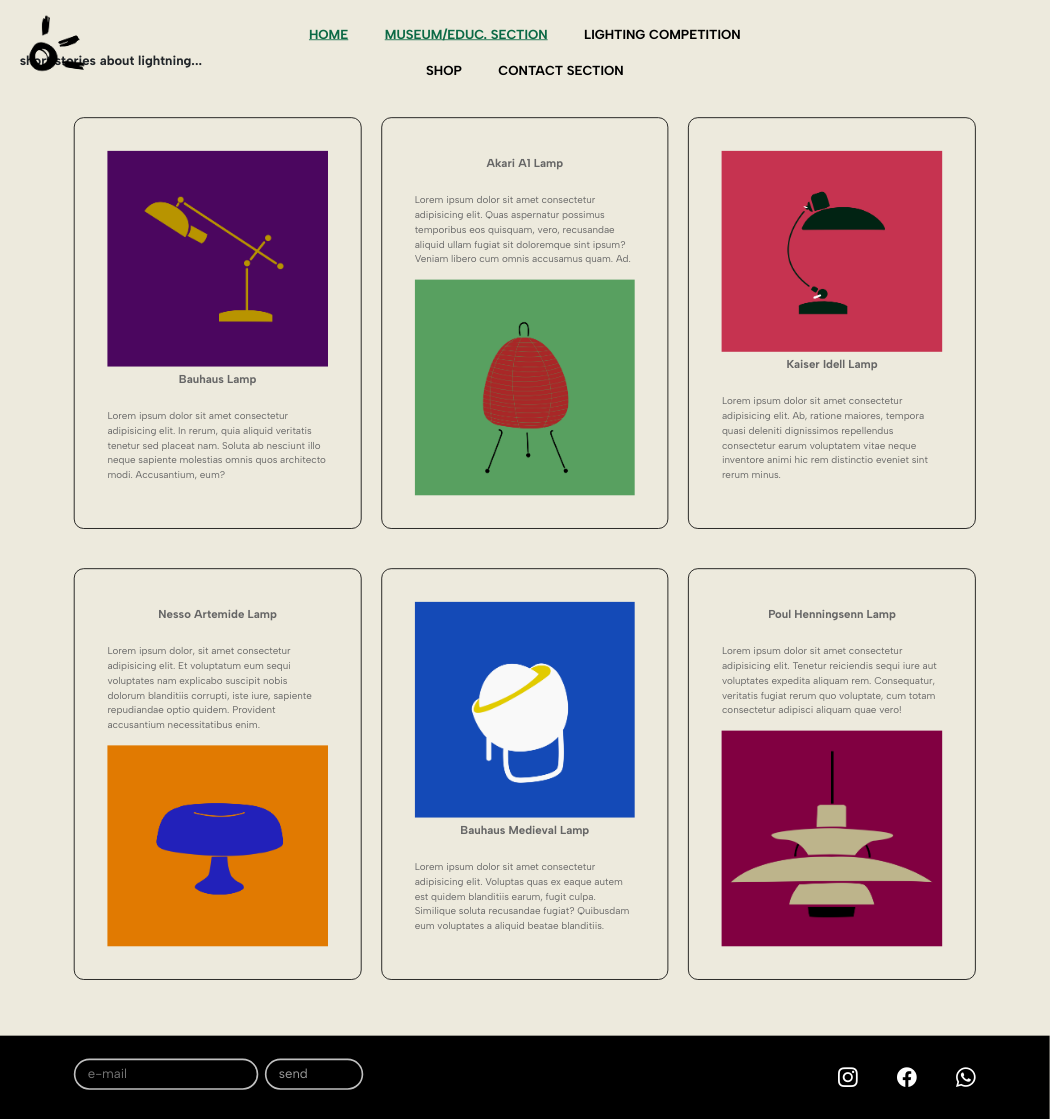
Repository: veronicamdiaz/Landing-Page-Practices
Page: museum-educational-section.html
The author's editor kept a copy of each file at every save. The page is drawn from the files as they stood at one save, then again after a run of saves.
The browser window is 1280 px wide. The pictures show the whole page, at 82% of full size.

Above is the page before, as saved 2025-05-14 23:33:46.
Console error: TypeError: Cannot read properties of null (reading 'addEventListener')

After the next 2 saves:
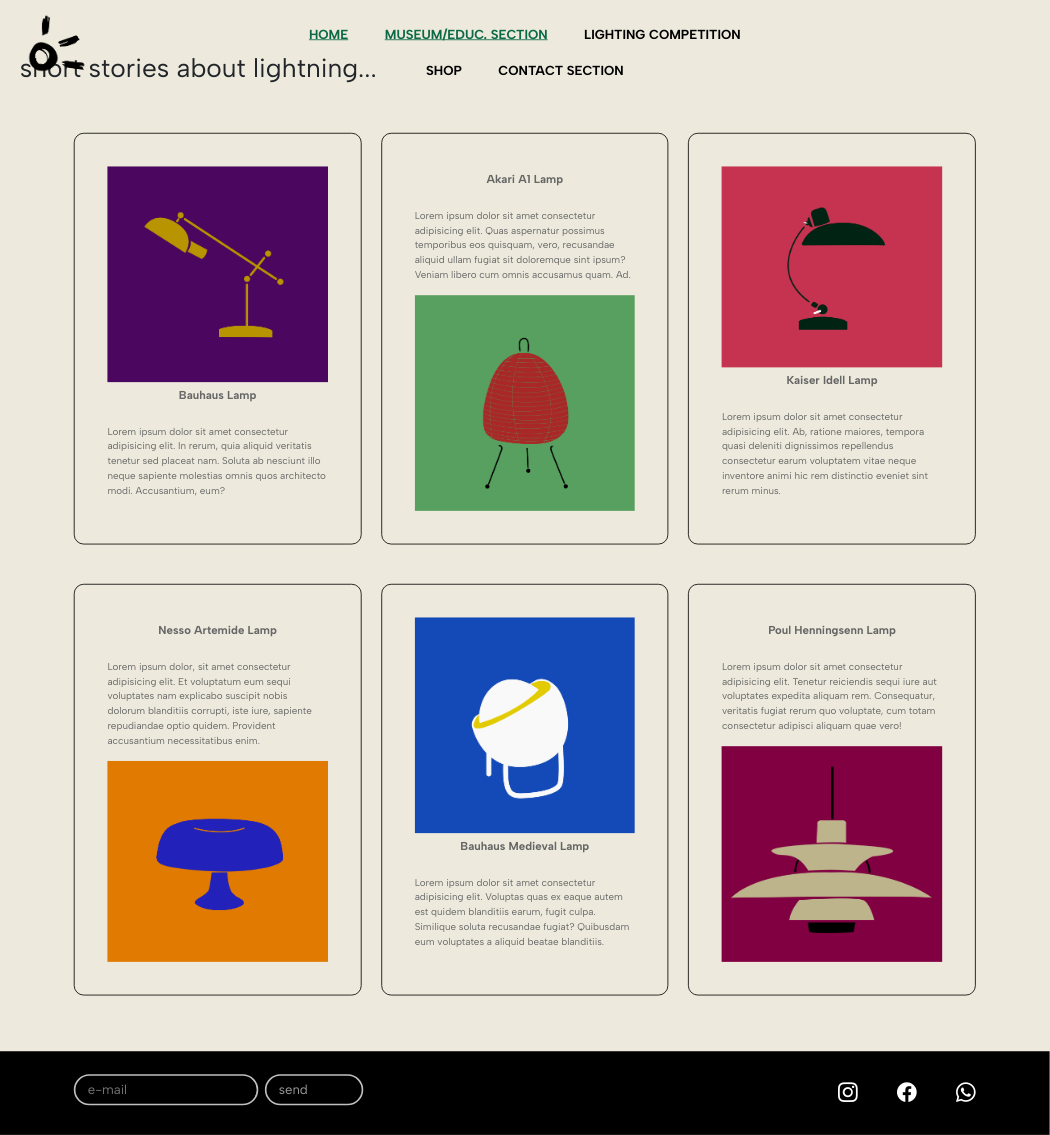
The 2 saves are shown as one change because they came seconds apart.
The last was saved 17 s later.
--- a/main.css
+++ b/main.css
@@ -189,8 +189,8 @@
 
 .section-title {
     font-family: 'Albert Sans';
-    font-weight: bold;
-    font-size: 1em;
+    font-weight: 400;
+    font-size: 2em;
 }
 
 #nova-secao {

After the save that followed:
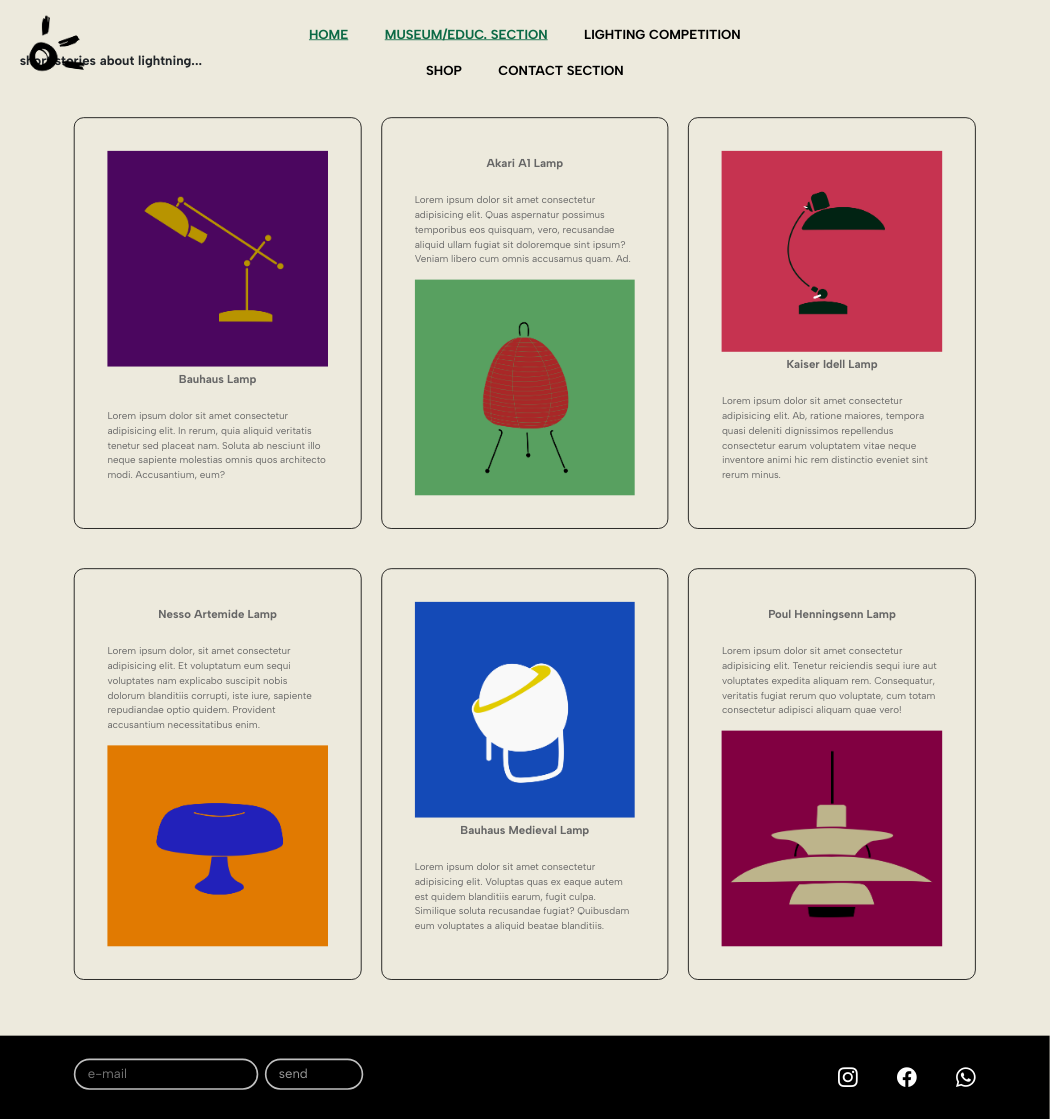
Saved 19 s later.
--- a/main.css
+++ b/main.css
@@ -189,8 +189,8 @@
 
 .section-title {
     font-family: 'Albert Sans';
-    font-weight: 400;
-    font-size: 2em;
+    font-weight: bold;
+    font-size: 1em;
 }
 
 #nova-secao {
